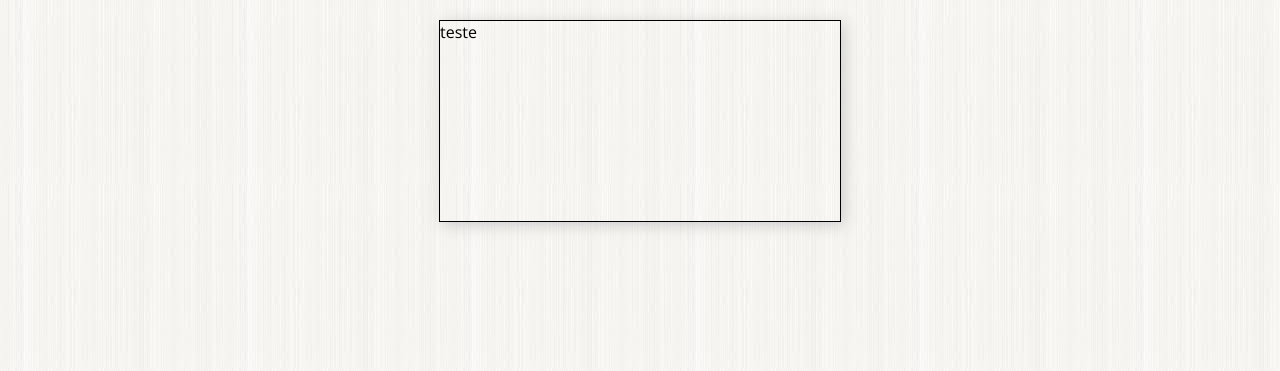
Repository: lauroPereira/study
Page: http://localhost/modules/home/home.php
An editor plug-in stored every save of this project. The page is shown before and after the next save, followed by the edit.
The browser window is 1280 px wide. The pictures show the whole page.
The page is run by PHP 8.4 with error messages shown; the project is at /var/www/html/.

Above is the page before, as saved 2016-06-14 04:20:40.

### TrabalhoFinalWeb/modules/home/home.php
<!DOCTYPE html>
<html>
<head>
<title>Trabalho 1 de programação Web</title>
<meta charset="UTF-8">
<meta name="description" content="Site da empresa imobiliaria">
<meta name="author" content="Lauro Pereira">
<link href="../../css/style.css" rel="stylesheet">
<link href="../../css/home.css" rel="stylesheet">
<link
	href="http://fonts.googleapis.com/css?family=Open+Sans&subset=latin,latin-ext"
	rel='stylesheet' type='text/css'>
</head>
<body>
	<div id="carousel">
		teste
	</div>
</body>
<script src="../../js/script.js" lang'="text/javascript"></script>
</html>

### TrabalhoFinalWeb/css/style.css
body{
    background-image: url("../img/background.jpg");
}
*{
    font-family: 'Open Sans', sans-serif;
}

input, textarea{
    background-color: #EFEFFF;
}
.central{
    width: 70%;
    margin: 0 auto;
}

.comFundo{
    position: relative;
    background-color: rgba(58, 74, 149, 0.5);
    border-radius: 10px;
    z-index: 1;
}

h2{
    margin-top: 5em;
}
#barraSup{
    text-align: right;
    padding-right: 3em;
    background-image: linear-gradient( to top right, #CCC 5%, #3A4A95 95%);
    margin-top:-0.5em;
    padding-bottom: 0.5em;
    padding-top: 0.7em;
}

#barraSup{
    color: #D8D8D8;
}

#barraSup a:hover{
    color: orangered;
    text-decoration: none;
}
#logo{
    text-align: left;
    background-color: #fafafa;
    padding-left: 20px;
}

#logo > div > img[alt=logotipo]{
    display: inline-block;
    float: left;
    margin-top: 8px;
}

#meio{
    margin-top: -0.5em;
    float: right;
    display: inline-block;
    width: 900px;
    text-align: right;
}

#carrinho {
    vertical-align: top;
    display: inline-block;
}

#carrinho > a > img[alt~=carrinho]{
    margin-right: 2em;
    max-width: 30px;
}

#carrinho > pre{
    margin: 0 1em 0 0;
}

#logo + hr {
    margin-top: 0;
}

#busca {
    color: #D8D8D8;
    display: inline-block;
    background-image: linear-gradient( to top left, #3A4A95 10%, #CCC 98%);
    padding: 0.5em 1em 1em 1em;
    border-radius: 0 0 20px 5px;
}
#busca button{
    padding: 1px;
    text-align: center;
}
#busca button img{
    width: 15px;
    height: 15px;
}
ul{
   display: inline-block;
   vertical-align: bottom;
}
ul li{
    display: inline;
}

ul li a{
    text-decoration: none;
    color: #3A4A95;
    font-size: 18px;
    font-weight: bolder;
    margin-bottom: 1em;
    padding: 10px;
}

ul li a:hover{
    font-style: italic;
    text-decoration: none;
    color: orangered;
}

#destaques{
    margin-top: 50px;
}

#destaques h2{
    margin-bottom: 0px;
}

#tipoProd{
    margin-top: 0px;
}

#destaques img[alt^=produto] {
    margin-top: 20px;
    max-width: 100%;
}

.produto{
    display: inline-block;
    width: 20%;
    padding: 1%;
    margin: 6% 1% 0 1%;
}
.produto > pre{
    text-align: center;
}
.add{
    background-color: rgba(255,255,255, 0.6);
    border-radius: 10px;
    padding: 3px;
    position: absolute;
    z-index: 2;
    width: 40px;
    float: right;
}
.formulario{
    margin: 0 auto;
    padding: 20px;
    text-align: center;
    width: 50%;
}

.formulario div{
    line-height: 220%;
    text-align: left;
    display: inline-block;
    vertical-align: top;
}

.formulario input[type^=submit]{
    margin-left:1em;

}

.formulario input[type^=submit]{
    float: right;
    margin-top: 0.5em;
}


#rodape{
    margin-top: 2em;
    color: #888;
    padding: 2em 0 2em 0;
    background-color: #DDD;
}

#rodape div a{
    color: #888;
    font-weight: lighter;
}

#rodape div{
    position: relative;
    font-family: sans-serif;
    font-size: 14px;
}

#rodape div img{
    position: absolute;
    right: 0;
    top: -1.3em;
    height: 6em;
}

#descProduto label{
    font-weight: bold;
}

table{
    background-color: rgba(58, 74, 149, 0.5);
    padding: 2px;
    border: 2px dashed #3A4A95;
    text-align: center;
    table-layout: auto;
}

table + input{
    width: 10%;
    margin-left: 40%;
    margin-top: 10px;
    text-align: center;
}

#total{
    font-weight: bolder;
}

#conteudo{
	min-height:240px;
	width:95%;
	margin: 0 auto;
	margin-top:60px;
}

### TrabalhoFinalWeb/css/home.css
#carousel{
	box-shadow: 3px 3px 15px #ccc;
	border: 1px solid black;
	height:200px;
	width:400px;
	margin: 0 auto;
	margin-top: 20px;
}

Loaded but not shown: TrabalhoFinalWeb/js/script.js (no copy from this time; the picture is the same without it)

After the next save:
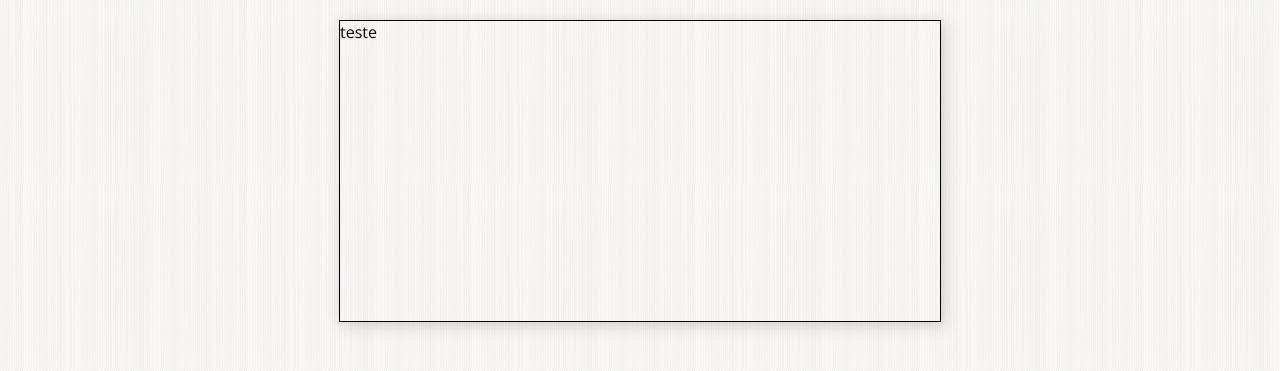
Saved 8 s later.
--- a/TrabalhoFinalWeb/css/home.css
+++ b/TrabalhoFinalWeb/css/home.css
@@ -1,8 +1,8 @@
 #carousel{
 	box-shadow: 3px 3px 15px #ccc;
 	border: 1px solid black;
-	height:200px;
-	width:400px;
+	height:300px;
+	width:600px;
 	margin: 0 auto;
 	margin-top: 20px;
 }
